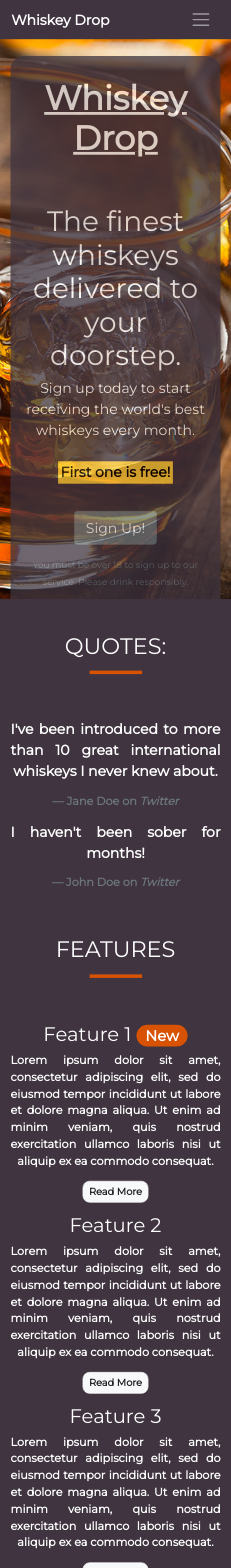
Repository: ClaireRoberts1403/Whiskey-Drop
Page: index.html
The author's editor kept a record of every edit. The page is drawn from the files as they stood at one moment, then again after the next edit.
The browser window is 330 px wide. The pictures show the part of the page from y = 0 to 2240 px (the page is 3038 px tall), at 70% of full size.
Backgrounds fixed to the window are drawn as part of the page. Some web libraries are served in a nearby version.

Above is the page before.

### index.html
<!DOCTYPE html>
<html lang="en-us">

<head>
    <meta charset="utf-8">
    <meta name="viewport" content="width=device-width, initial-scale=1.0">
    <title>Whiskey Drop | Taste a new whiskey every month</title>
    <link rel="stylesheet" href="https://maxcdn.bootstrapcdn.com/bootstrap/4.1.3/css/bootstrap.min.css">
    <script src="https://kit.fontawesome.com/90ed803b97.js" crossorigin="anonymous"></script>
    <link href="https://fonts.googleapis.com/css?family=Montserrat&display=swap" rel="stylesheet">
    <link rel="stylesheet" href="CSS/style.css" type="text/css" />
</head>

<body>
    <!--Nav-->
    <div class="container-fluid navalert-container">
        <div class="container-fluid alert-container">
            <div class="row d-none d-sm-block">
                <div class="col-12">
                    <div class="alert alert-warning">
                        <strong>Sale Now On!</strong>&nbsp&nbsp We have a sale on. Get a 12 month subsciption for the price of 6! &nbsp <a class="a1" href="">See here for details!</a>
                    </div>
                </div>
            </div>
            <nav class="navbar navbar-dark navbar-expand-sm bg-dark">
                <a href="/" class="navbar-brand">Whiskey Drop</a>
                <button class="navbar-toggler ml-auto" type="button" data-toggle="collapse" data-target="#navbarNavDropdown" aria-controls="navbarNavDropdown" aria-expanded="false" aria-label="Toggle navigation">
        <span class="navbar-toggler-icon"></span></button>

                <div class="collapse navbar-collapse" id="navbarNavDropdown">
                    <ul class="navbar-nav mr-auto">
                        <li class="active nav-item mr-2"><a class="nav-link" href="/">Home</a></li>
                        <li class="nav-item mr-2"><a class="nav-link" href="">About</a></li>
                        <li class="nav-item dropdown">
                            <a class="nav-link dropdown-toggle" href="#" id="navbarDropdownMenuLink" role="button" data-toggle="dropdown" aria-haspopup="true" aria-expanded="false">
                        Whiskeys
                        </a>
                            <div class="dropdown-menu" aria-labelledby="navbarDropdownMenuLink">
                                <a class="dropdown-item" href="#">Irish</a>
                                <a class="dropdown-item" href="#">Scotch</a>
                                <a class="dropdown-item" href="#">Japanese</a>
                                <a class="dropdown-item" href="#">American</a>

                        </li>
                        <li class="nav-item mr-2 d-block d-sm-none"><a class="nav-link" href="">Sign In / Sign Up</a></li>
                    </ul>
                    </div>
                    <div class="d-none d-md-none d-lg-block">
                        <p class="navbar-text my-auto mr-2"><i>Great whiskey delivered to your door</i></p>
                        <a class="a" href="/login">Sign In / Sign Up</a>
                    </div>
            </nav>
            <!--</nav>-->

            </div>
            <!-- Callout -->
            <div class="container-fluid callout-container">
                <div class="row">
                    <div class="col-12">
                        <section class="jumbotron text-center">
                            <h1 class="jumbotron-header1">Whiskey Drop<br><br></h1>
                            <h1 class="jumbotron-header">The finest whiskeys delivered to your doorstep.</h1>
                            <p class="lead">Sign up today to start receiving the world's best whiskeys every month.
                                <s class="d-none d-sm-inline">£19.99</s>
                                <span class="d-inline d-sm-none"><br></span>
                                <br><strong><mark>First one is free!</mark></strong></p><br>
                            <p>
                                <button class="btn btn-lg btn-secondary" data-toggle="modal" data-target="#signUpModal">
                        Sign Up!
                        </button>
                            </p>
                            <p class="text-muted"><small>You must be over 18 to sign up to our service. Please drink responsibly.</small>
                            </p>
                        </section>
                    </div>
                </div>
            </div>
            <!-- /.callout -->

            <!-- Quotes -->
            <div class="container quotes-container">
                <section class="quotes">
                    <div class="row">
                        <div class="col-12 my-5">
                            <h2 class="text-uppercase">Quotes:</h2>
                            <hr class="block-divider">
                        </div>
                    </div>
                    <div class="row ">
                        <div class="col-12 col-md-6">
                            <div class="media">
                                <div class="d-none d-sm-block">
                                    <img src="images/girl-image.png" class="rounded-circle mr-3" height=100 width=100>
                                </div>
                                <div class="media-body">
                                    <blockquote class="blockquote">
                                        <p>I've been introduced to more than 10 great international whiskeys I never knew about.</p>
                                        <footer class="blockquote-footer">Jane Doe on <cite title="Twitter">Twitter</cite></footer>
                                    </blockquote>
                                </div>
                            </div>
                        </div>
                        <div class="col-12 col-md-6">
                            <div class="media">
                                <div class="d-none d-sm-block">
                                    <img src="images/guy-image.png" class="rounded-circle mr-3" height=100 width=100>
                                </div>
                                <div class="media-body">
                                    <blockquote class="blockquote">
                                        <p>I haven't been sober for months!</p>
                                        <footer class="blockquote-footer">John Doe on <cite title="Twitter">Twitter</cite></footer>
                                    </blockquote>
                                </div>
                            </div>
                        </div>
                    </div>
                </section>

            </div>
            <!-- /.quotes -->

            <!-- Features -->
            <div class="container features-container">
                <section class="features">
                    <div class="row">
                        <div class="col-12 my-5">
                            <h2 class="text-uppercase">Features</h2>
                            <hr class="block-divider">
                        </div>
                    </div>
                    <div class="row">
                        <div class="col-12 col-md-6 col-lg-4">
                            <div class="feature ">
                                <h3><i class="fas fa-gift d-none d-sm-block"></i>Feature 1&nbsp<span class="badge badge-pill badge-secondary">New</span></h3>
                                <p>Lorem ipsum dolor sit amet, consectetur adipiscing elit, sed do eiusmod tempor incididunt ut labore et dolore magna aliqua. Ut enim ad minim veniam, quis nostrud exercitation ullamco laboris nisi ut aliquip ex ea commodo
                                    consequat.
                                </p>
                                <p><a class="btn btn-sm btn-light " href="#">Read More</a></p>
                            </div>
                        </div>
                        <div class="col-12 col-md-6 col-lg-4 ">
                            <div class="feature">
                                <h3><i class="fas fa-credit-card d-none d-sm-block"></i>Feature 2</h3>
                                <p>Lorem ipsum dolor sit amet, consectetur adipiscing elit, sed do eiusmod tempor incididunt ut labore et dolore magna aliqua. Ut enim ad minim veniam, quis nostrud exercitation ullamco laboris nisi ut aliquip ex ea commodo
                                    consequat.
                                </p>
                                <p><a class="btn btn-sm btn-light" href="#">Read More</a></p>
                            </div>
                        </div>
                        <div class="col-12 d-md-none d-lg-block col-lg-4">
                            <div class="feature">
                                <h3><i class="fas fa-times-circle d-none d-sm-block"></i>Feature 3</h3>
                                <p>Lorem ipsum dolor sit amet, consectetur adipiscing elit, sed do eiusmod tempor incididunt ut labore et dolore magna aliqua. Ut enim ad minim veniam, quis nostrud exercitation ullamco laboris nisi ut aliquip ex ea commodo
                                    consequat.
                                </p>
                                <p><a class="btn btn-sm btn-light" href="#">Read More</a></p>
                            </div>
                        </div>
                    </div>
                </section>
            </div>

            <!-- /Features -->
            <br>
            <!-- Favourites -->
            <div class="container-fluid favourites-container">
                <div class="row">
                    <div class="col-12 my-5">
                        <section>
                            <table class="table table-dark">
                                <thead>
                                    <h3 class="text-uppercase">Top 5 Whiskey's of the Month!</h3>
                                    <br>
                                    <tr>
                                        <th scope="col">Rank</th>
                                        <th scope="col">Name</th>
                                        <th scope="col">Origin</th>
                                    </tr>
                                </thead>
                                <tbody>
                                    <tr>
                                        <th scope="row">1</th>
                                        <td>Hudson Manhattan Rye</td>
                                        <td>America</td>
                                    </tr>
                                    <tr>
                                        <th scope="row">2</th>
                                        <td>Jameson Irish Whiskey</td>
                                        <td>Ireland</td>
                                    </tr>
                                    <tr>
                                        <th scope="row">3</th>
                                        <td>Yamazaki 12 Year Old Whisky</td>
                                        <td>Japan</td>
                                    </tr>
                                    <tr>
                                        <th scope="row">4</th>
                                        <td>Macallan Limited Edition No 3</td>
                                        <td>Scotland</td>
                                    </tr>
                                    <tr>
                                        <th scope="row">5</th>
                                        <td>Lagavulin Distillers Edition Double Matured</td>
                                        <td>Scotland</td>
                                    </tr>
                                </tbody>
                            </table>
                        </section>
                    </div>
                </div>
            </div>
            <!-- /Favourites -->


            <!-- Modal -->
            <div class="modal" tabindex="-1" role="dialog" id="signUpModal">
                <div class="modal-dialog" role="document">
                    <div class="modal-content">
                        <div class="modal-header">
                            <h5 class="modal-title">Sign Up To Whiskey Drop!</h5>
                            <button type="button" class="close" data-dismiss="modal" aria-label="Close">
          <span aria-hidden="true">&times;</span>
        </button>
                        </div>
                        <div class="modal-body">
                            <form>
                                <div class="form-group">
                                    <label for="exampleInputEmail1">Email address</label>
                                    <input type="email" class="form-control" id="exampleInputEmail1" aria-describedby="emailHelp" placeholder="Enter email">
                                    <small id="emailHelp" class="form-text text-muted">We'll never share your email with anyone else.</small>
                                </div>
                                <div class="form-group">
                                    <label for="password">Password</label>
                                    <input type="password" class="form-control" id="password" placeholder="Password">
                                </div>
                                <div class="form-group">
                                    <label for="repeatPassword">Repeat Password</label>
                                    <input type="password" class="form-control" id="repeatPassword" placeholder="Repeat Password">
                                </div>
                                <button type="submit" class="btn btn-secondary">Submit</button>
                            </form>
                        </div>
                    </div>
                </div>
            </div>
            <!-- /Modal -->
</body>
<script src="https://code.jquery.com/jquery-3.3.1.slim.min.js " integrity="sha384-q8i/X+965DzO0rT7abK41JStQIAqVgRVzpbzo5smXKp4YfRvH+8abtTE1Pi6jizo " crossorigin="anonymous "></script>
<script src="https://cdnjs.cloudflare.com/ajax/libs/popper.js/1.14.7/umd/popper.min.js " integrity="sha384-UO2eT0CpHqdSJQ6hJty5KVphtPhzWj9WO1clHTMGa3JDZwrnQq4sF86dIHNDz0W1 " crossorigin="anonymous "></script>
<script src="https://stackpath.bootstrapcdn.com/bootstrap/4.3.1/js/bootstrap.min.js " integrity="sha384-JjSmVgyd0p3pXB1rRibZUAYoIIy6OrQ6VrjIEaFf/nJGzIxFDsf4x0xIM+B07jRM " crossorigin="anonymous "></script>

</html>

### CSS/style.css
body {
    font-family: 'Montserrat', sans-serif;
    background-color: #3F343F;
    margin-top: 2em;
}

/* Nav */

.navbar {
    background-color: #3F343F!important;
}

.a {
    color: #D85204;
    text-decoration: none;
    background-color: transparent;
    font-weight: bold;
}

.a1 {
    color: #A53131;
    text-decoration: none;
    background-color: transparent;
    font-weight: bold;
}

.a1:hover {
    color: #D85204;
}

.a:hover {
    color: #F24C26;
}

.navbar-brand {
    font-weight: bold;
}

.navalert-container {
    position: absolute;
    top: 0;
    left: 0;
    z-index: 1;
    padding-left: 0;
    padding-right: 0;
}

.navbar {
    margin-bottom: 0;
    width: 100%;
    background-color: #3F343F;
    border: 0;
}

.navbar .navbar-toggler {
    border: 0;
}

.navbar .navbar-brand {
    font-weight: bold;
}

.navbar .navbar-nav a {
    font-weight: bold;
}

.dropdown-item {
    color: #3F343F;
}

.dropdown-item:hover {
    background-color: #D6C9C1;
}


/* Containers */

.alert-container {
    padding: 0;
}

.alert-warning {
    border-radius: 0;
    margin-bottom: 0;
    padding: 5px 15px;
    background-color: #F2892E;
    border-color: #F2892E;
    color: white;
    font-weight: bold;
    word-spacing: 0.05em;
}

.callout-container {
    height: 100vh;
    background: url('../images/bourbon-on-the-rocks.jpg') no-repeat center center fixed;
    -webkit-background-size: cover;
    -moz-background-size: cover;
    -o-background-size: cover;
    background-size: cover;

    display: flex;
    align-items: center;
    justify-content: center;

    position: relative;
}


.callout-container .mark, mark {
    background-color: #ffce3b;
    font-weight: bold;
}


.quotes-container {
    background-color: #3F343F;
    color: white;
    font-weight: bold;
    background-size: cover;
    display: flex;
    align-items: center;
    justify-content: center;
    text-align-last: center;
    text-align: justify;
    position: relative;

}

.features-container {
    color: white;
    font-weight: bold;
    text-align-last: center;
    text-align: justify;
}


/* Features*/

.features .btn {
    border-radius: 10px;
    font-weight: bold;
}

.feature i {
    margin-bottom: 20px;
    font-size: 45px;
    line-height: 45px;
}

.badge-secondary {
    background-color: #D85204;
}

/* Block dividers */

.block-divider {
    width: 75px;
    height: 5px;
    border: 0;
    background-color: #D85204;
}



/* Favourites */

.favourites-container {
    margin-top: 30px;
    display: flex;
    align-items: center;
    justify-content: center;
    height: 80vh;
    color: white;
    background: url('../images/whisky-glass.jpg') no-repeat center center fixed;
    -webkit-background-size: cover;
    -moz-background-size: cover;
    -o-background-size: cover;
    background-size: cover;

}

.table-dark {
    background-color: #3F343F;
    opacity: 0.8;
    border-radius: 20px;
    border-color: transparent;
    border: hidden;
}

/* Jumbotron */

.jumbotron {
    background-color: #3F343F;
    opacity: 0.75;
    margin-top: 1em;
    border-radius: 20px;
    color: white;
}

@media (max-width:430px) {
    .jumbotron {
        margin-top: 10%;
    }
}

@media (max-width:417px){
    .jumbotron {
        margin-top: 30%;
    }
}


.jumbotron text-center jumbotron-header {
    color: white;
    font-weight: bold;
    margin-bottom: 30px;
}

.jumbotron-header1 {
    color: white;
    font-weight: bolder;
    text-shadow: 2px 2px 2px #3F343F;
    font-size: 3em;
    text-decoration: underline;
}

@media (min-width:760px) {

    .jumbotron:hover {
        font-size: 1.5em;
        transition-duration: 2s;
        transition-timing-function: ease-in-out;
        opacity: 0.85;
    }

}

After the next edit:
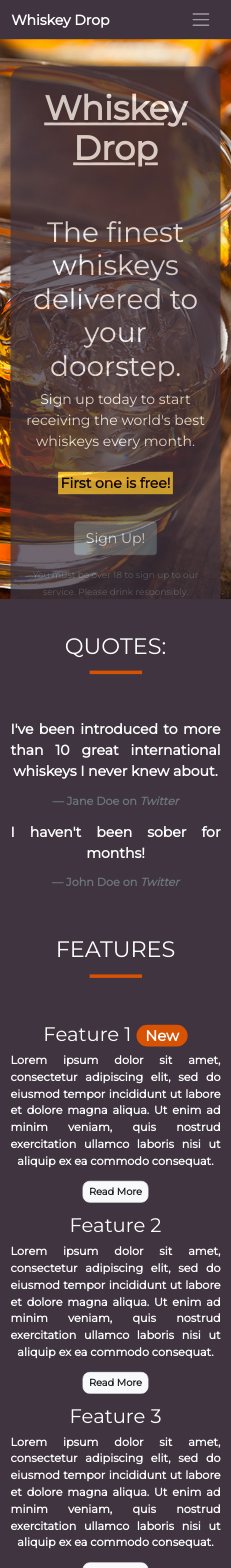
The edit:
--- a/CSS/style.css
+++ b/CSS/style.css
@@ -209,6 +209,11 @@
     }
 }
 
+@media (max-width:330px){
+    .jumbotron {
+        margin-top: 40%;
+    }
+}
 
 .jumbotron text-center jumbotron-header {
     color: white;
